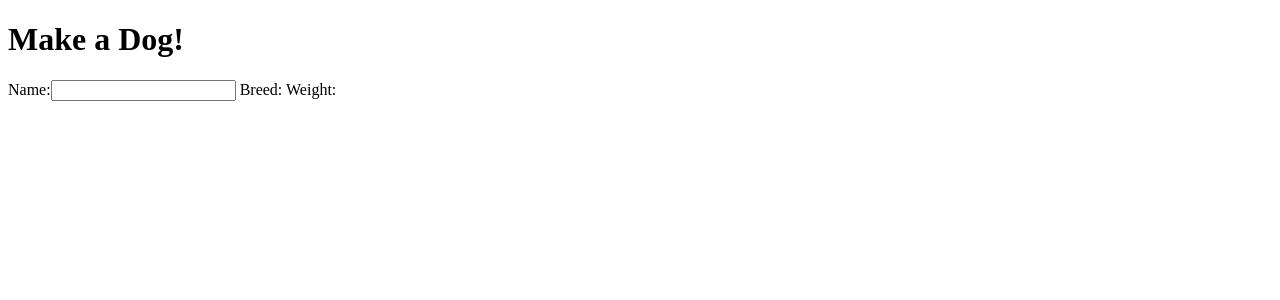
Repository: ohis/JAVAOnTheWeb
Page: http://localhost/Pets/Home
The author's editor kept a copy of each file at every save. The page is drawn from the files as they stood at one save, then again after the next save.
The browser window is 1280 px wide. The pictures show the whole page.
The page is served by Tomcat 9.

Above is the page before, as saved 2017-12-02 17:17:47.

After the next save:
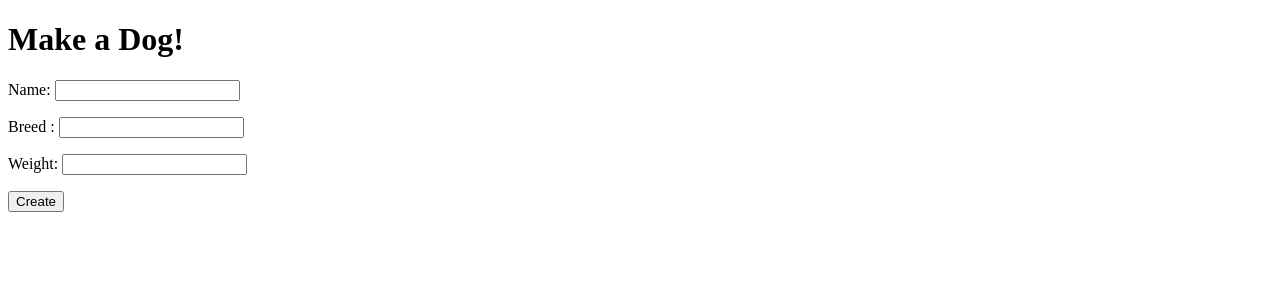
Saved 32 min 43 s later.
--- a/servlets/Pets/WebContent/WEB-INF/views/Home.jsp
+++ b/servlets/Pets/WebContent/WEB-INF/views/Home.jsp
@@ -10,9 +10,20 @@
    <h1>Make a Dog!</h1>
 
    <form action="Dog" method="get">
-     Name:<input type="text" name="name">
-     Breed:
-     Weight:
+   <p>
+      <label> Name:</label>
+      <input type="text" name="name">
+   </p>
+   <p>
+      <label>Breed :</label>
+      <input type="text" name="breed">
+   </p>
+   <p>
+      <label>Weight:</label>
+      <input type="number" name="weight">
+   </p>
+
+    <input type="submit" value="Create">
 
    </form>
 </body>
